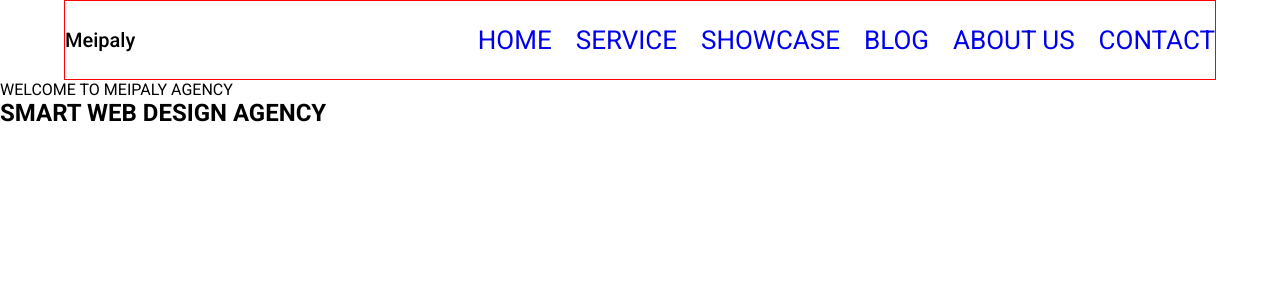
Repository: ducdatit2002/meipaly
Page: index.html
The author's editor kept a copy of each file at every save. The page is drawn from the files as they stood at one save, then again after the next save.
The browser window is 1280 px wide. The pictures show the whole page.

Above is the page before, as saved 2023-07-10 19:47:31.

After the next save:
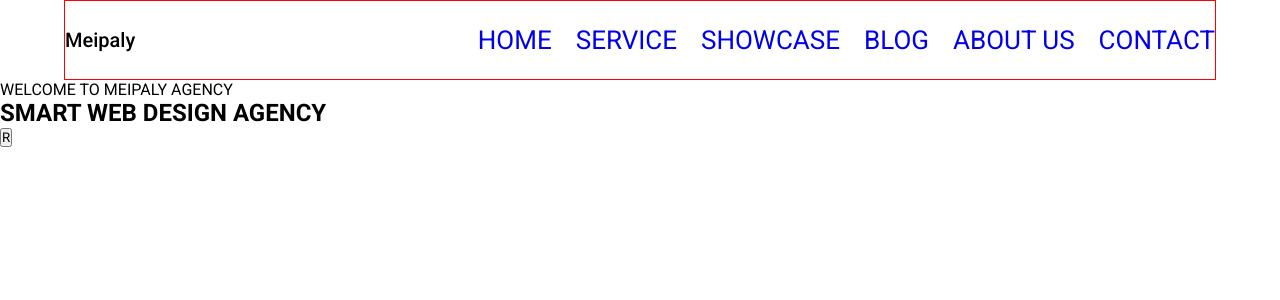
Saved 6 s later.
--- a/index.html
+++ b/index.html
@@ -39,7 +39,7 @@
                 SMART WEB
                 DESIGN AGENCY
             </h2>
-
+            <button>R</button>
         </div>
     </section>
     <section class="carousel"></section>
